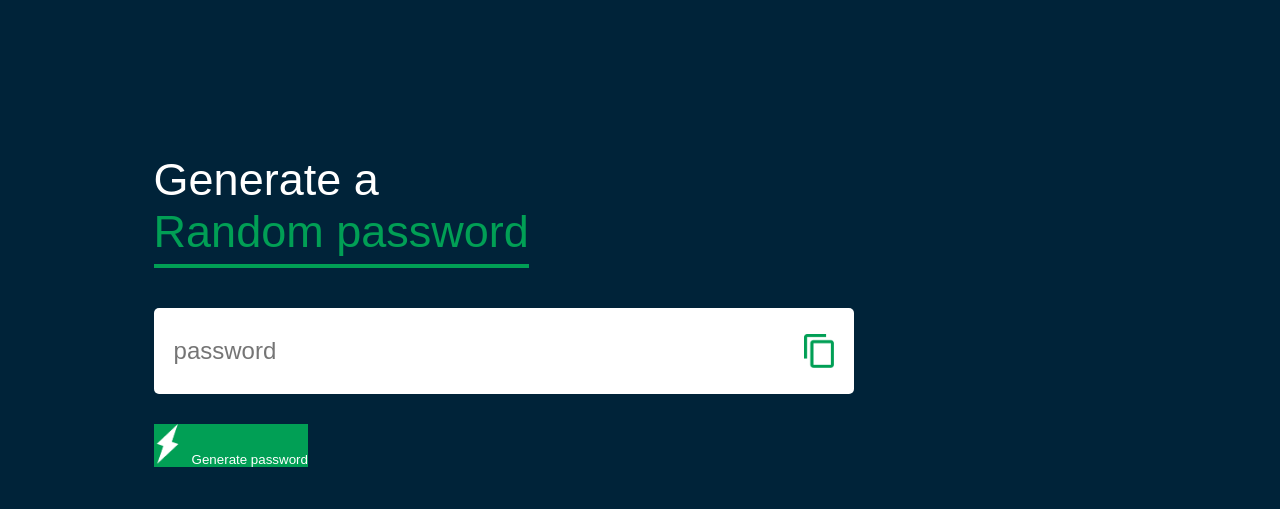
Repository: YAAMAR/password-generator
Page: Random password/index.html
These files come from the project's save history. The page is drawn as it stood at one moment and after a run of saves; the edit follows.
The browser window is 1280 px wide. The pictures show the whole page.

Above is the page before, as saved 2024-05-02 19:14:31.

After the next 3 saves:
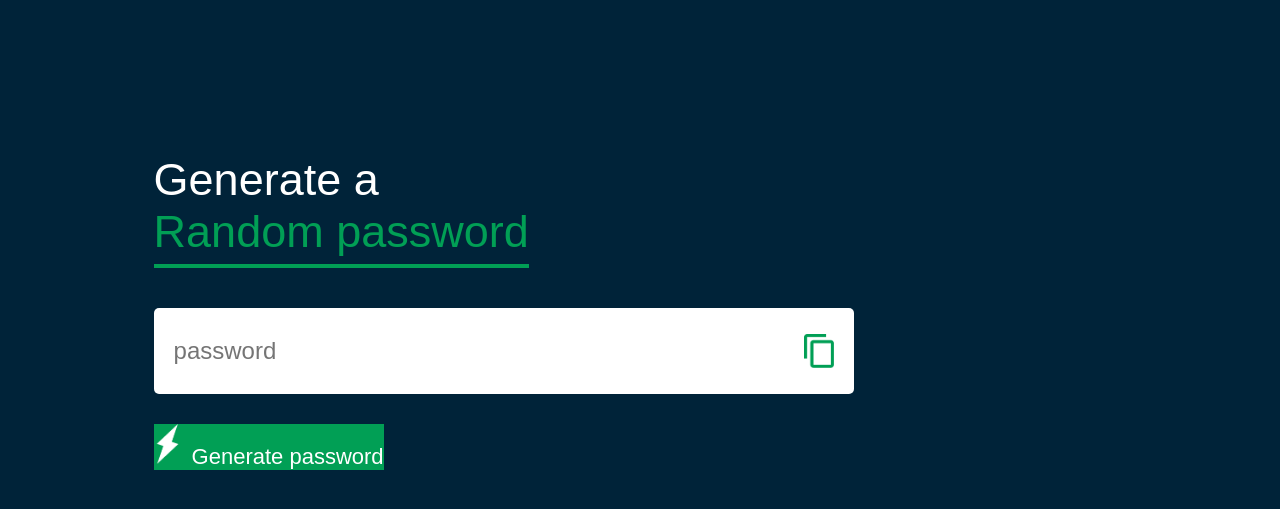
The 3 saves are shown as one change because they came seconds apart.
The last was saved 10 s later.
--- a/Random password/style.css
+++ b/Random password/style.css
@@ -54,5 +54,6 @@ border-radius: 5px;
     outline: 0;
     background: #019f55;
     color: #fff;
-    font-size: ;
+    font-size: 22px;
+    fo
 }
